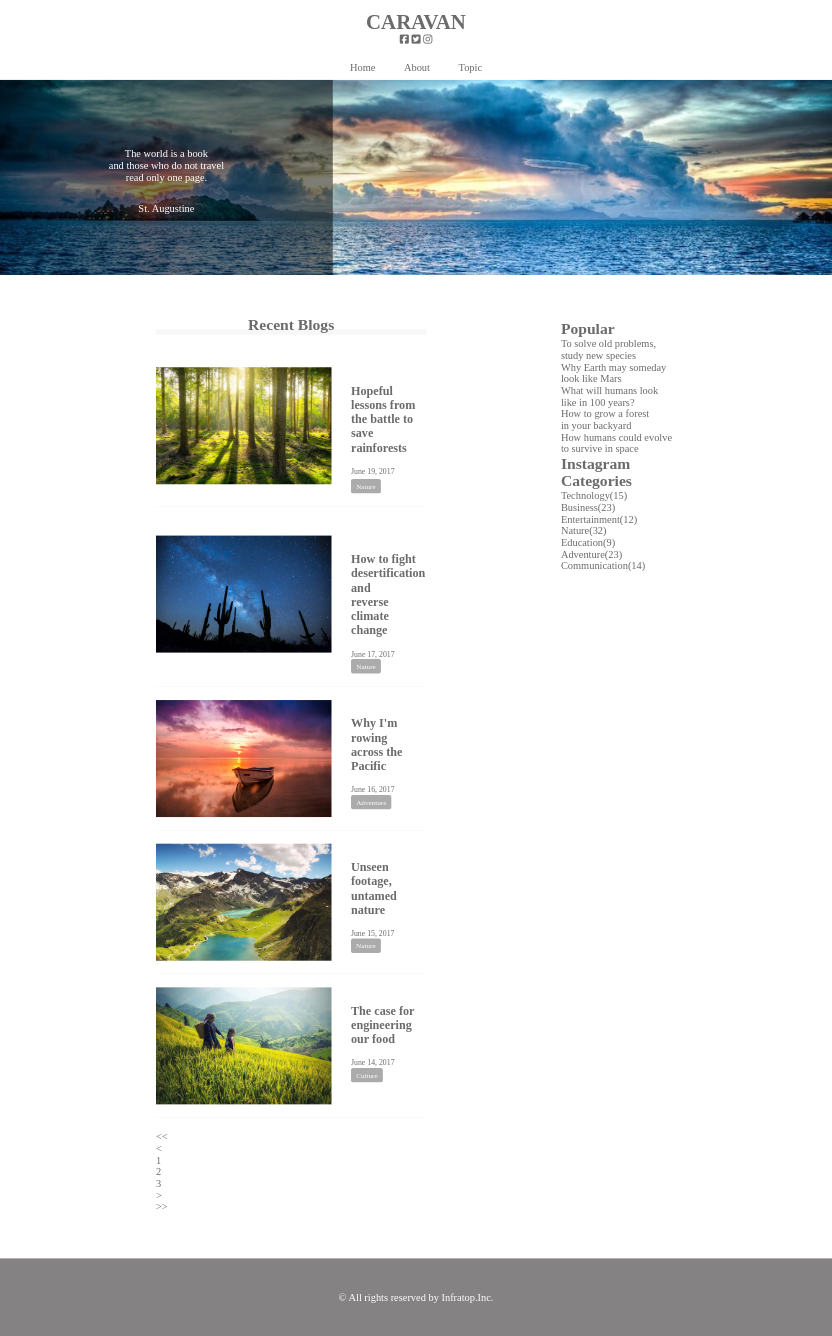
Repository: omuomu7/Bookers2
Page: caravan/index.html
The author's editor kept a record of every edit. The page is drawn from the files as they stood at one moment, then again after the next edit.
The browser window is 1280 px wide. The pictures show the whole page, at 65% of full size.
Some web libraries are served in a nearby version.

Above is the page before.

### caravan/index.html
<!DOCTYPE html>
<html lang="ja">
  <head>
    <meta charset="UTF-8" />
    <meta name="viewport" content="width=device-width,initial-scale=1.0">
    <!-- CSSファイルの読み込み -->
    <script src="https://kit.fontawesome.com/b4959d587e.js" crossorigin="anonymous"></script>
    <link rel="stylesheet" href="style.css" />
    <title>CARAVAN</title>
  </head>

  <body>
      <!-- header -->
    <header>
        <h1 class="heading">
          <a href="index.html">
            CARAVAN
          </a>
      </h1>

       <div class="social">
         <i class="fab fa-facebook-square"></i>
         <i class="fab fa-twitter-square"></i>
         <i class="fab fa-instagram"></i>
       </div>


    </header>

     <!-- navigation -->
    <nav>
      <ul class="nav-list">
          <li class="nav-list-item">
          <a href="index.html">Home</a>
        </li>
        <li class="nav-list-item">About</li>
        <li class="nav-list-item">Topic</li>
      </ul>
    </nav>

      <div class="main-visual">
        <div class="main-visual-content">
         <p class="main-visual-text">
          The world is a book<br />
          and those who do not travel<br />
          read only one page.
        </p>
        <p class="main-visual-name">
          St. Augustine
        </p>
       </div>
      </div>


      <div class="main">
          <div class="blog"></div>
          <div class="sidebar"></div>
      </div>

    <main>
      <section class="blog">
        <h2 class="blog-heading">Recent Blogs</h2>
          <div class="blog-box">
          <div class="blog-item">
          <img class="blog-image" src="img/forest.jpg">
          <section class="blog-text">
            <h3 class="blog-text-heading">
              <a href="single.html">
                Hopeful lessons from<br>
                the battle to save<br>
                rainforests
              </a>
            </h3>
            <p class="blog-date">June 19, 2017</p>
            <span class="category">Nature</span>
      　　</section>
      　</div>
      　<div class="blog-item">
            <img class="blog-image" src="img/desert.jpg" />
            <section class="blog-text">
              <h3 class="blog-text-heading">
                <a href="single.html">
                  How to fight<br>
                  desertification and<br>
                  reverse climate change
                </a>
              </h3>
              <p class="blog-date">June 17, 2017</p>
              <span class="category">Nature</span>
            </section>
          </div>
          <div class="blog-item">
            <img class="blog-image" src="img/sunset.jpg" />
            <section class="blog-text">
              <h3 class="blog-text-heading">
                <a href="single.html">
                  Why I'm rowing<br>
                  across the Pacific
                </a>
              </h3>
              <p class="blog-date">June 16, 2017</p>
              <span class="category">Adventure</span>
            </section>
          </div>
          <div class="blog-item">
            <img class="blog-image" src="img/italy.jpg" />
            <section class="blog-text">
              <h3 class="blog-text-heading">
                <a href="single.html">
                  Unseen footage,<br>
                  untamed nature
                </a>
              </h3>
              <p class="blog-date">June 15, 2017</p>
              <span class="category">Nature</span>
            </section>
          </div>
          <div class="blog-item">
            <img class="blog-image" src="img/asia.jpg" />
            <section class="blog-text">
              <h3 class="blog-text-heading">
                <a href="single.html">
                  The case for<br>
                  engineering our food
                </a>
              </h3>
              <p class="blog-date">June 14, 2017</p>
              <span class="category">Culture</span>
            </section>
          </div>
        </div>
        <div class="pagination">
          <p><<</p>
          <p><</p>
          <p>1</p>
          <p>2</p>
          <p>3</p>
          <p>></p>
          <p>>></p>
        </div>
    </section>
    <div class="sidebar"></div>

    <div class="sidebar">
        <section class="popular">
          <h2 class="popular-heading common-heading">Popular</h2>
          <div class="sidebar-contents">
            <p class="popular-text">To solve old problems,<br>study new species</p>
            <p class="popular-text">Why Earth may someday<br>look like Mars</p>
            <p class="popular-text">What will humans look<br>like in 100 years?</p>
            <p class="popular-text">How to grow a forest<br>in your backyard</p>
            <p class="popular-text">How humans could evolve<br>to survive in space</p>
          </div>
        </section>
        <section class="instagram">
          <h2 class="instagram-heading common-heading">Instagram</h2>
          <div class="sidebar-contents">
            <div class="instagram-box"></div>
            <div class="instagram-box"></div>
            <div class="instagram-box"></div>
            <div class="instagram-box"></div>
            <div class="instagram-box"></div>
            <div class="instagram-box"></div>
          </div>
        </section>
        <section class="categories">
          <h2 class="categories-heading common-heading">Categories</h2>
          <div class="sidebar-contents">
            <p class="categories-text">Technology(15)</p>
            <p class="categories-text">Business(23)</p>
            <p class="categories-text">Entertainment(12)</p>
            <p class="categories-text">Nature(32)</p>
            <p class="categories-text">Education(9)</p>
            <p class="categories-text">Adventure(23)</p>
            <p class="categories-text">Communication(14)</p>
          </div>
        </section>
      </div>
    </main>

 <!-- footer -->
    <footer>
         <p class="footer-text">© All rights reserved by Infratop.Inc.</p>
    </footer>
  </body>

</html>

### caravan/style.css
* {
  margin: 0;
  padding: 0;
  box-sizing: border-box;
  color: #6c6b6b;
}

a {
  text-decoration: none;
}

 header {
  width: 90%; /* 横幅90% */
  padding: 15px 0;
  margin: 0 auto;
  text-align: center;
}
header .heading { /* headerタグ内のheadingクラスにのみ反映される */
  font-size: 32px;
}

.nav-list {
  text-align: center;
  padding: 10px 0;
  margin: 0 auto;
}

.nav-list-item {
  list-style: none;
  display: inline-block;
  margin: 0 20px;
}

.main-visual {
  width: 100%; /* 横幅いっぱい */
  height: 300px; /* 高さ300px */
  background-image: url(img/mv.jpg);
  background-size: cover; /* 縦横比を維持したまま背景領域を埋め尽くす */
   background-position: center; /* 背景画像を中央に配置 */
 }


.main-visual-content {
  width: 40%; /* 横幅40% */
  height: 300px; /* 親の高さに揃える */
  background-color: rgba( 0, 0, 0, 0.5); /* 背景色を半透明の黒にする */
  text-align: center; /* 文字を中央揃えにする */
  padding-top: 105px; /* 上側の内側余白で垂直方向の位置を調整 */
}

.main-visual-text {
  color: #fff; /* 文字色を白に変更 */
}

.main-visual-name {
  margin-top: 30px; /* 上側の外側の余白 */
  color: #fff; /* 文字色を白に変更 */
}


.blog {

}

.sidebar {

}

main {
  width: 800px; /* 横幅800px */
  display: flex; /* Flexboxの利用 */
  justify-content: center; /* 要素の横並び・中央寄せ */
  margin: 0 auto; /* 要素の中央揃え */
  padding: 70px 0; /* 上下に70px、左右に0pxの内側余白 */
}

.blog {
  width: 540px;
  margin-right: 30px; /* 領域の右側余白 */
}

.blog-heading {
  border-bottom: 8px solid #f7f7f7;
  text-align: center;
  line-height: 0.6;
}

.blog-box {
  padding-top: 50px;
}

.blog-item {
  padding-bottom: 20px;
  margin-bottom: 20px;
  border-bottom: 1px solid #f7f7f7;
  display: flex;
  justify-content: flex-start;
　}

.blog-image {
  height: 180px;
}

.blog-text {
  padding: 25px 0 0 30px;
}

.blog-text-heading {
  padding-bottom: 15px;
}

.blog-date {
  font-size: 12px;
  display: inline-block;
}

.category {
  display: inline-block;
  padding: 5px 8px;
  background-color: #acabab;
  border-radius: 3px;
  color: #fff;
  font-size: 11px;
}

.sidebar {
  width: 230px;
}


footer {
  width: 100%;
  height: 120px;
  text-align: center;
  line-height: 120px;
  background-color: #848282;
}

.footer-text {
  color: #fff;
}

After the next edit:
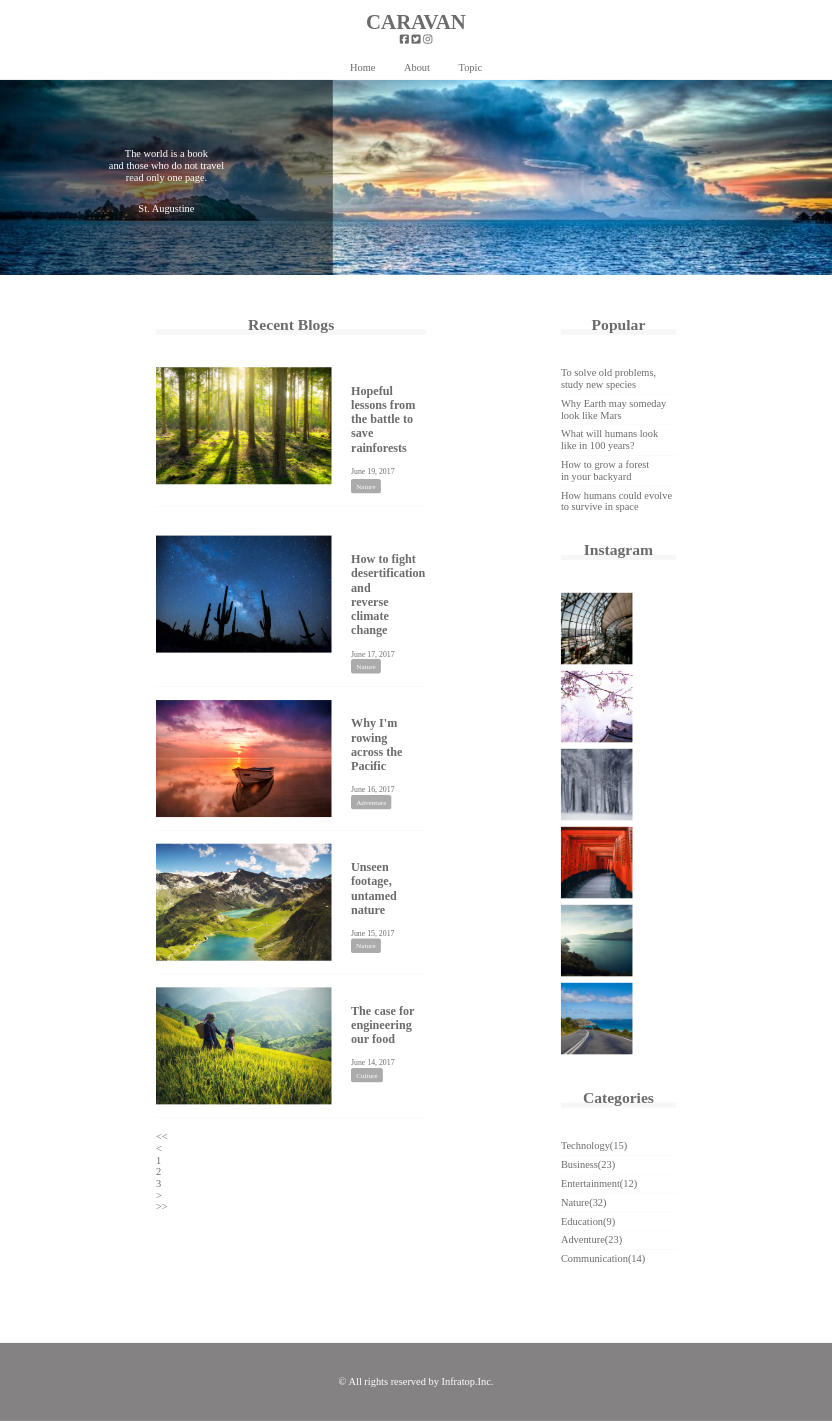
The edit:
--- a/caravan/style.css
+++ b/caravan/style.css
@@ -127,6 +127,71 @@
   width: 230px;
 }
 
+.common-heading {
+  border-bottom: 8px solid #f7f7f7;
+  text-align: center;
+  line-height: 0.6;
+}
+
+.sidebar-contents {
+  padding: 50px 0;
+}
+
+.popular-text,
+.categories-text {
+  padding-bottom: 5px;
+  border-bottom: 1px solid #f7f7f7;
+  margin-bottom: 5px;
+}
+
+.popular-text:last-child,
+.categories-text:last-child {
+  margin: 0;
+  padding: 0;
+  border: none;
+}
+
+.instagram .sidebar-contents {
+  display: flex;
+  flex-wrap: wrap;
+}
+
+.instagram-box {
+  width: 110px;
+  padding-top: 110px;
+  background-size: cover;
+  background-position: center;
+  margin-bottom: 10px;
+}
+
+.instagram-box:nth-child(odd) {
+  margin: 0 10px 10px 0;
+}
+
+.instagram-box:nth-child(1) {
+  background-image: url(img/airport.jpg);
+}
+
+.instagram-box:nth-child(2) {
+  background-image: url(img/japan.jpg);
+}
+
+.instagram-box:nth-child(3) {
+  background-image: url(img/snow.jpg);
+}
+
+.instagram-box:nth-child(4) {
+  background-image: url(img/japan2.jpg);
+}
+
+.instagram-box:nth-child(5) {
+  background-image: url(img/lake.jpg);
+}
+
+.instagram-box:nth-child(6) {
+  background-image: url(img/road.jpg);
+}
+
 
 footer {
   width: 100%;
